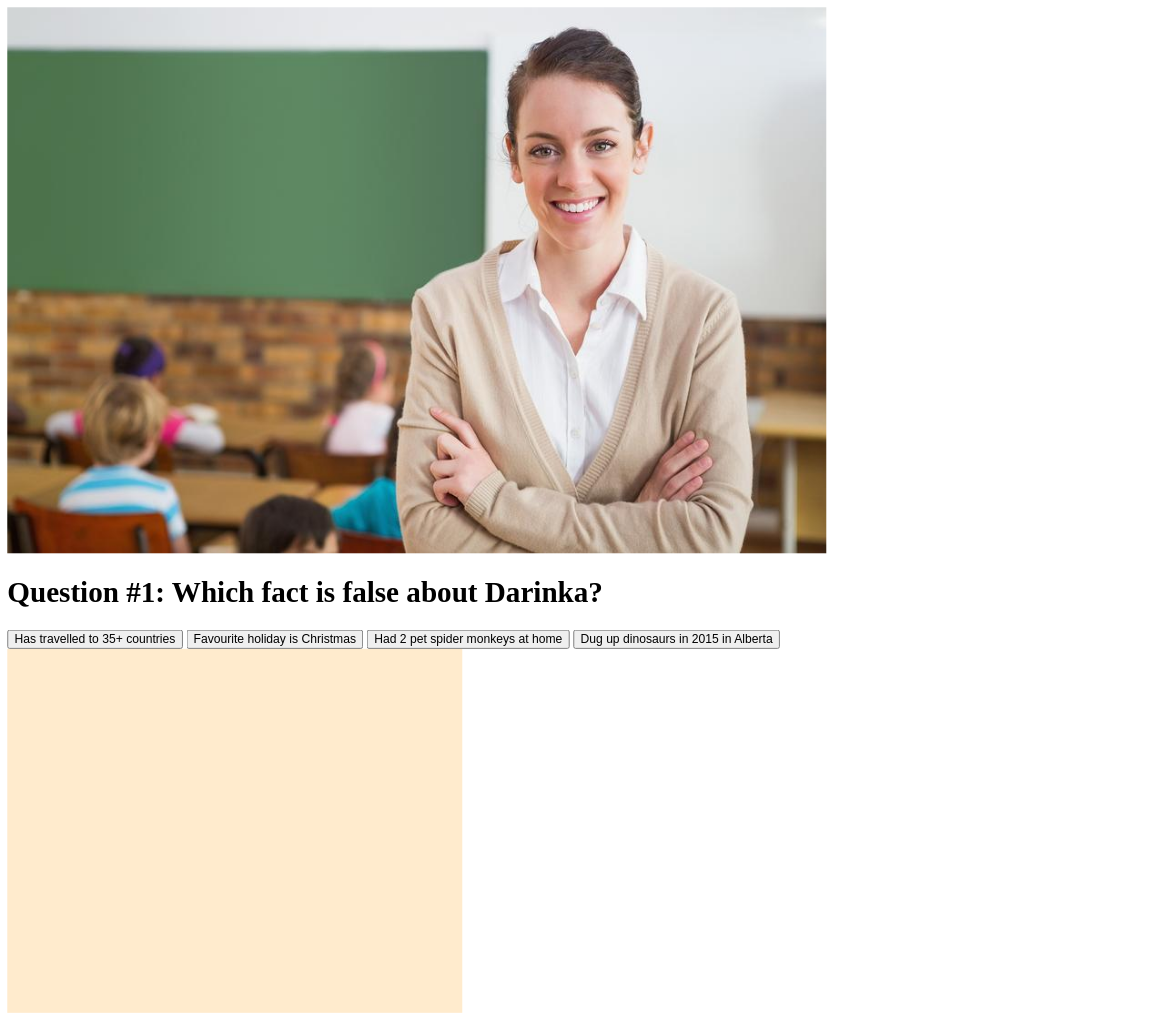
Repository: RenataDzotova/Trivia-BCIT
Page: http://localhost/q1
The author's editor kept a copy of each file at every save. The page is drawn from the files as they stood at one save, then again after a run of saves.
The browser window is 1280 px wide. The pictures show the whole page, at 91% of full size.
The page is served by the project's Node server (index.js).

Above is the page before, as saved 2022-11-02 17:56:56.

### views/questionOne.html
<!DOCTYPE html>
<html lang="en">

<head>
    <meta charset="UTF-8">
    <meta http-equiv="X-UA-Compatible" content="IE=edge">
    <meta name="viewport" content="width=device-width, initial-scale=1.0">
    <title>Document</title>
    <style>
        div{
            width: 500px;
            height: 400px;
            background-color: blanchedalmond;
        }
    </style>
</head>

<body>
    <img src="../public/1.jpeg"/>
    <h1>Question #1: Which fact is false about Darinka?</h1>
    <button onclick="SendAnswer(1,1)">Has travelled to 35+ countries</button>
    <button onclick="SendAnswer(2,1)">Favourite holiday is Christmas</button>
    <button onclick="SendAnswer(3,1)">Had 2 pet spider monkeys at home</button>
    <button onclick="SendAnswer(4,1)">Dug up dinosaurs in 2015 in Alberta</button>
    <div>

    </div>
    <script>
        var buttons = document.querySelectorAll("button")


        function SendAnswer(ans, q) {
            //console.log("test");
            fetch(`http://localhost:3000/checkAnswer?answer=${ans}&ques=${q}`).then(async (data) => {
                //console.log(await data.json())
                const results = await data.json();
                if (results){
                    alert('correct');
                } else {
                    alert('no')
                }
            })
        }

        //     buttons.forEach(button => {
        //         button.addEventListener('click', () => {
        //             console.log('done')
        //             fetch(`http://localhost:3000/checkAnswer?q=1`).then(async (data)=>{
        //             console.log(await data.json())
        //         })
        //     })
        // })


        // button.addEventListener("click", (event) => {
        //     if(event.target.id == "true"){
        //         fetch(`http://localhost:3000/true`).then(async (data)=>{
        //         console.log(await data.json())
        //     })}
        //     if(event.target.id == "false"){
        //         fetch(`http://localhost:3000/false`).then(async (data)=>{
        //         console.log(await data.json())
        //     })}
        // })

    </script>
</body>

</html>

### index.js
const express = require('express')
const bodyParser = require('body-parser')
const app = express()
const path = require('path')
const quizpagePath =  path.join(__dirname,'views/quiz.html')
const q1 =  path.join(__dirname,'views/questionOne.html')

app.use(express.static('views'))
app.use(bodyParser.urlencoded({ extended: false }))
app.use(express.json())


app.get('/bow', (req, res)=>{
    // console.log(req.query) //? This will now make an object out of whatever query is inserted in the searchbar, for example, "localhost:3000/?name=cocoa" will console.log { name: 'cocoa' }
    res.sendFile(quizpagePath)
})

app.get('/true', (req, res)=>{
  // console.log(req.query) //? This will now make an object out of whatever query is inserted in the searchbar, for example, "localhost:3000/?name=cocoa" will console.log { name: 'cocoa' }
  res.json("Unfortunately that fact was true")
})

app.get('/false', (req, res)=>{
  // console.log(req.query) //? This will now make an object out of whatever query is inserted in the searchbar, for example, "localhost:3000/?name=cocoa" will console.log { name: 'cocoa' }
  res.json("Correct, that fact was false!")
})

app.get('/q1', (req, res)=>{
  // console.log(req.query)
  res.sendFile(q1)
})

const answerkey = {
  1:3,
  2:4
}

app.get('/checkAnswer', (req, res)=>{
let body = req.body //body key is for posts
//params is for gets
console.log('HERE', body, req.body, req.query)
if(Number(req.query.answer) === answerkey[req.query.quest]){
  res.json(true);
} else {
  res.json(false);
}

})

  // res.sendFile(trueFile)



// app.get('/quiz', (req, res)=>{
//   res.sendFile(quizpagePath)
// })

//Chris Wrote This ==>
app.get('/someData',(req,res)=>{
  // res.end(req.query)
  res.json({name:'chris'})
})
//<== Chris Wrote This
const PORT = 3000
app.listen(PORT, () => {
  console.log(`THe app is running on port ${PORT}`)
})



// //To display the final score.
// var result = ("YOUR FINAL SCORE IS: " + score + "/5")
// console.log(result)






// var readlineSync = require("readline-sync");

// console.log("Welcome to the BCIT Teacher Quiz");

// //this is line breaker, like it leaves a line.
// console.log("\n");


// var username = readlineSync.question("Your Name? ");

// console.log("\n");

// console.log("Welcome to THE QUIZ, " + username + "!");

// var score = 0;
// // if(document.getElementById('correct').checked){
// //     score++
// // }

// function quiz(question, answer) {
//   var userAnswer = readlineSync.question(question);
//   if (userAnswer == answer) {
//     console.log("correct! ");
//     score++;
//   }
//   else {
//     console.log("wrong! ");
//     score--;
//   }
//   console.log("your score is ", score);
//   console.log("-------------------");
// }

// //questions
// var questions = [
//   {
//     question: "Which fact is false about Darinka?",
//     q1: "a) Has travelled to 35+ countries",
//     q2: "b) Favourite holiday is Christmas",
//     q3: "c) Had 2 pet spider monkeys at home",
//     q4: "d) Dug up dinosaurs in 2015 in Alberta",
//     answer: "b"
//   },
//   {
//     question: "Which fact is false about Amalia?",
//     q1: " a) Can name all the US States in alphabetical order",
//     q2: " b) Has met Prince Harry  ",
//     q3: " c) I've seen Gilmore Girls 10 times through",
//     q4: " d) Can't go to bed without a cup of tea every night",
//     answer: "d"
//   },
//   {
//     question: "Which fact is false about Chris?",
//     q1: " a) He has watched Friends 10 times",
//     q2: " b) He can speak chinese fluently",
//     q3: " c) He can juggle with 4 balls",
//     q4: " d) He has eaten frogs before",
//     answer: "c"
//   },
//   {
//     question: "Which fact is false about Wim?",
//     q1: " a) He wears wet socks during summer",
//     q2: " b) He is related to a Dutch Prince",
//     q3: " c) He has goat milk hot chocolate with honey everyday",
//     q4: " d) He was in a hacker group in the 80's",
//     answer: "a"
//   },
//   {
//     question: "Did you like the quiz?",
//     q1: "yes or",
//     q2: "no",
//     q3: "",
//     q4: "",
//     answer: "yes"
//   }
// ];

// //LOOP
// for (var i = 0; i < questions.length; i++) {
//   var currentq = questions[i];
//   quiz(currentq.question + "\n" + currentq.q1 + "\n" + currentq.q2 + "\n" + currentq.q3 + "\n" + currentq.q4 + "\n" , currentq.answer);
// }

// //To display the final score.
// var result = ("YOUR FINAL SCORE IS: " + score + "/5")
// console.log(result)




// var readlineSync = require("readline-sync");

// console.log("welcome to F.R.I.E.N.D.S. quiz");

// //this is line breaker, like it leaves a line.
// console.log("\n");









// var username = readlineSync.question("Your Name? ");

// console.log("\n");

// console.log("Welcome to THE QUIZ, " + username + "!");

// var score = 0;
// function quiz(question, answer) {
//   var userAnswer = readlineSync.question(question);
//   if (userAnswer == answer) {
//     console.log("correct! ");
//     score++;
//   }
//   else {
//     console.log("wrong! ");
//     score--;
//   }
//   console.log("your score is ", score);
//   console.log("-------------------");
// }

// //questions
// var questions = [
//   {
//     question: "how many iron man suits did tony stark create in the cinematic universe? ",
//     answer: "85"
//   },
//   {
//     question: "Name of Thor's original hammer",
//     answer: "mjolnir"
//   },
//   {
//     question: "Where was Mjolnir forged?",
//     answer: "Nidavellir"
//   },
//   {
//     question: "Father of the God of Thunder",
//     answer: "Odin"
//   },
//   {
//     question: "Who is the god of mischief?",
//     answer: "Loki"
//   },
//   {
//     question: "Did you like the quiz?",
//     answer: "yes"
//   }
// ];

// //LOOP
// for (var i = 0; i < questions.length; i++) {
//   var currentq = questions[i];
//   quiz(currentq.question, currentq.answer);
// }

// //To display the final score.

// console.log("YOUR FINAL SCORE IS: " + score + "/10")

After the next 2 saves:
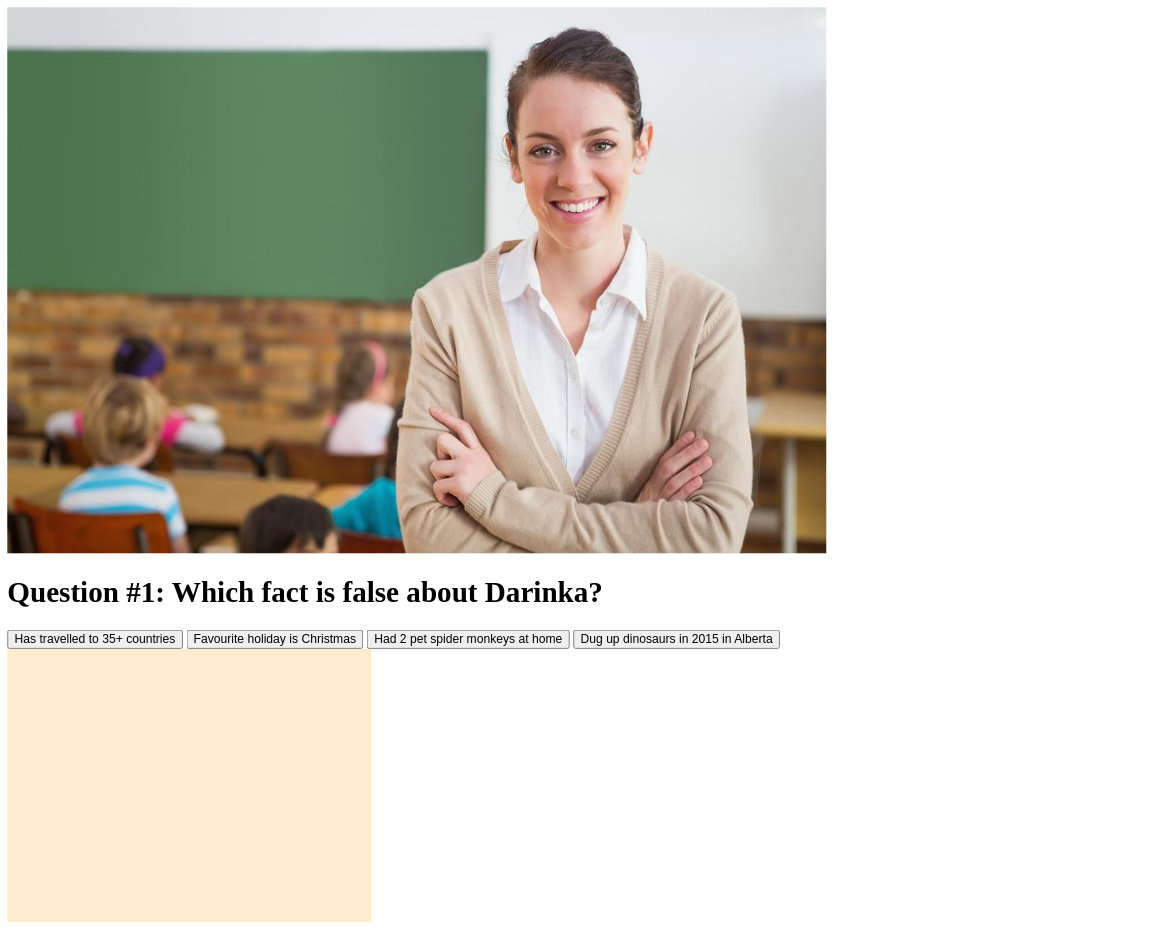
The 2 saves are shown as one change because they came seconds apart.
The last was saved 9 s later.
--- a/views/questionOne.html
+++ b/views/questionOne.html
@@ -8,8 +8,8 @@
     <title>Document</title>
     <style>
         div{
-            width: 500px;
-            height: 400px;
+            width: 400px;
+            height: 300px;
             background-color: blanchedalmond;
         }
     </style>
